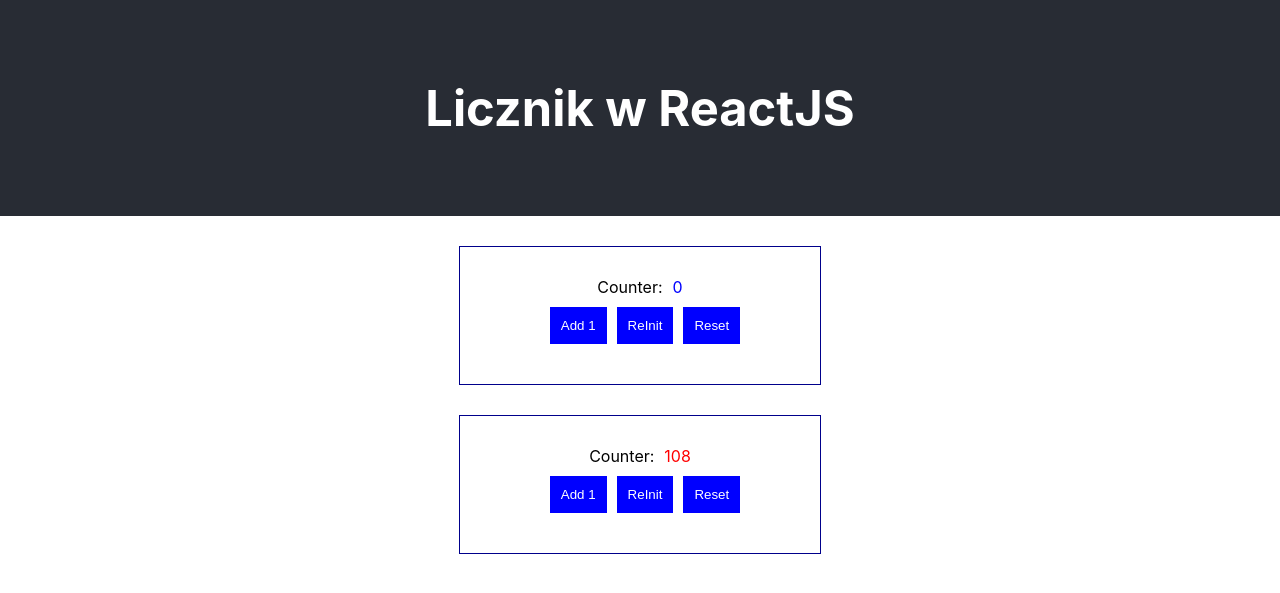
Repository: magdaf41/react-counter-app
Page: /
An editor plug-in stored every save of this project. The page is shown before and after the next save, followed by the edit.
The browser window is 1280 px wide. The pictures show the whole page.
The project was rebuilt for these pictures with package versions that can differ from the ones it lists, and the page was loaded fresh each time.

Above is the page before, as saved 2020-10-06 19:54:07.

After the next save:
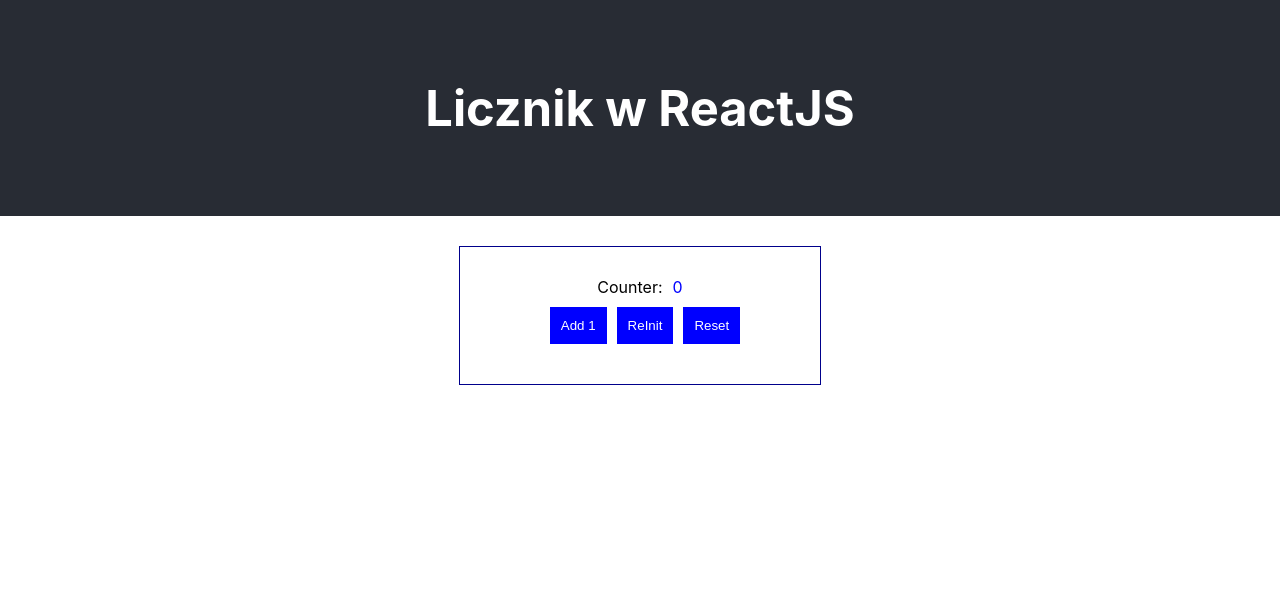
Saved 6 s later.
--- a/src/App.js
+++ b/src/App.js
@@ -15,7 +15,7 @@ function App() {
         </div>
       </Counter>
 
-      <Counter initValue={108}/>
+      {/* <Counter initValue={108}/> */}
     </div>
   );
 
